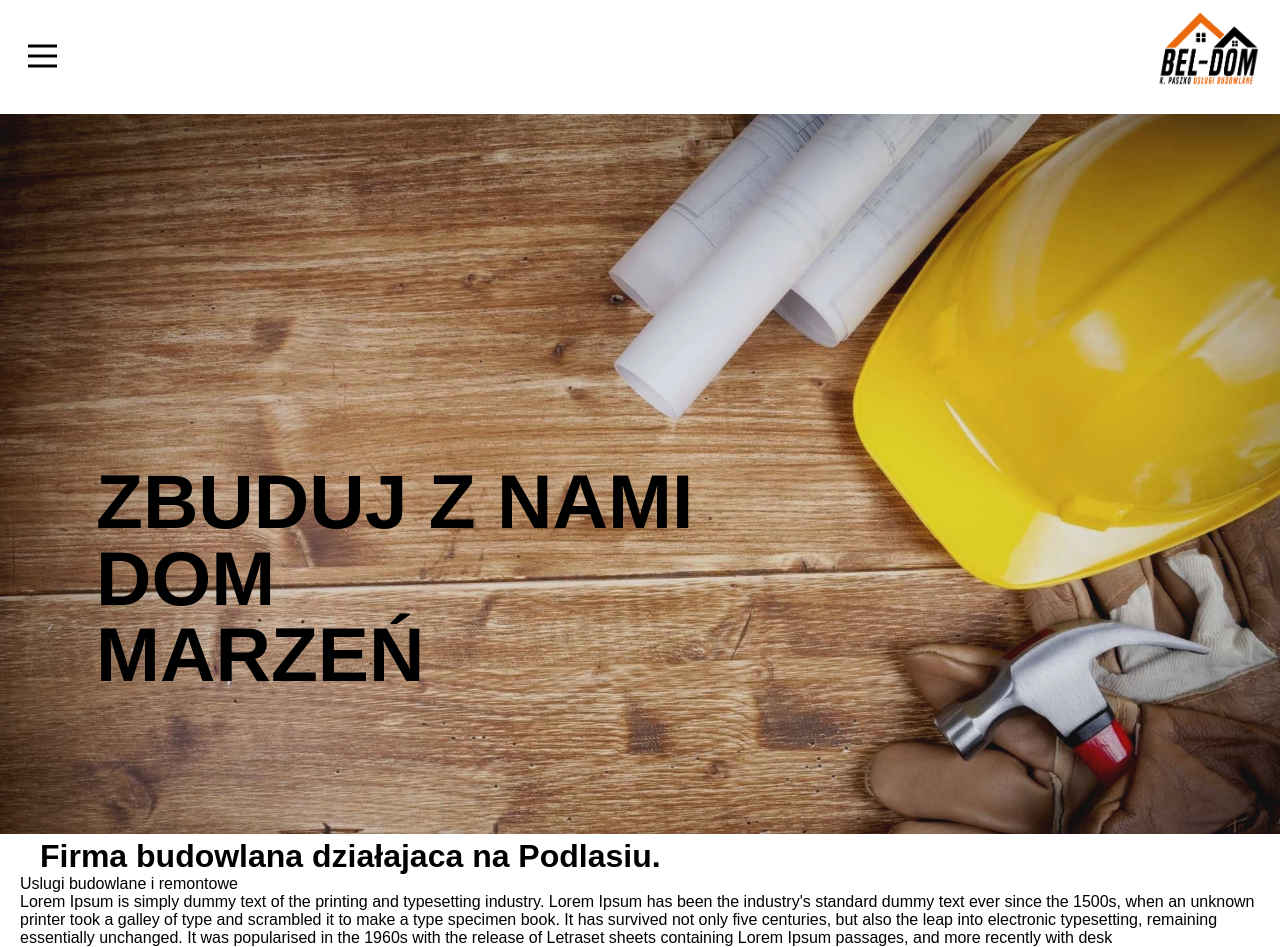
Repository: JakubPaszko2001/bel
Page: index.html
These files come from the project's save history. The page is drawn as it stood at one moment and after the next save; the edit follows.
The browser window is 1280 px wide. The pictures show the whole page.
Some web fonts or font styles are not loaded; a fallback is used.

Above is the page before, as saved 2022-01-03 23:14:34.

### index.html
<!DOCTYPE html>
<html lang="pl-PL">
<head>
    <meta charset="UTF-8">
    <meta http-equiv="X-UA-Compatible" content="IE=edge">
    <meta name="viewport" content="width=device-width, initial-scale=1.0">
    <title>BEL-DOM</title>
    <link rel="preconnect" href="https://fonts.googleapis.com">
    <link rel="preconnect" href="https://fonts.gstatic.com" crossorigin>
    <link href="https://fonts.googleapis.com/css2?family=Prompt:wght@300;400;700&display=swap" rel="stylesheet">
    <link rel="stylesheet" href="style.css">
</head>
<body>
<!-- HEADER -->
<header>
    <div class="container">
        <!-- SPAN -->
        <button class="hamburger">
            <span class="hamburger__menu">
                <span class="hamburger__inner"></span>
            </span>
        </button>
        <!-- LOGO -->
        <div class="header__logo">
            <img class="logo__pic" src="./images/logo.png" alt="logo">
        </div>
    </div>
</header>
<!-- MAIN -->
<main>
    <!-- NAV -->
    <div class="navigation">
        <ul class="navigation__list">
            <li class="navigation__item"><a href="#">jeden</a></li>
            <li class="navigation__item"><a href="#">dwa</a></li>
            <li class="navigation__item"><a href="#">trzy</a></li>
            <li class="navigation__item"><a href="#">cztery</a></li>
        </ul>
    </div>
    <!-- MAIN CONTAINER -->
    <div class="main__container">
        <div class="background__pic">
            <img src="./images/tlo1.png" alt="background">
        </div>
    <!-- TEXT ON IMG -->
    <h1 class="text">ZBUDUJ Z NAMI <br>DOM <br> MARZEŃ</h1>
    </div>
    <!-- TEXT -->
    <div class="main__text">
        <h1 class="main__text-h1">Firma budowlana działajaca na Podlasiu.</h1>
        <h3 class="main__text-h3">Uslugi budowlane i remontowe</h3>
        <h4 class="main__text-h4">Lorem Ipsum is simply dummy text of the printing and typesetting industry. Lorem Ipsum has been the industry's standard dummy text ever since the 1500s, when an unknown printer took a galley of type and scrambled it to make a type specimen book. It has survived not only five centuries, but also the leap into electronic typesetting, remaining essentially unchanged. It was popularised in the 1960s with the release of Letraset sheets containing Lorem Ipsum passages, and more recently with desk</h4>
    </div>
</main>
<script src="./js/script.js" type="text/javascript"></script>
</body>
</html>

### style.css
:root {
    /* WEIGHT */
    --ww-bold: 700;
    --ww-normal: 400;
    --ww-small: 300;
    /* COLORS */
    --color-orange: #EB680D;
    --color-black: #000000;
    /* SPACING */
    --margin: 1.25em;
    /* FONT SIZE */
    --fs-12: 0.75em;
    --fs-10: 0. 625em;

}
* {
    margin: 0;
    padding: 0;
    box-sizing: border-box;
    font-family: 'Prompt', sans-serif;}
img {
    width: 100%;
    object-fit: cover;
}
.logo__pic {
    width: 6.875em;
    height: 6.875em;
}
.container {
    display: flex;
    margin: 0 var(--margin);
    justify-content: space-between;
    align-items: center;
}
.hamburger {
    padding: 0.625em;
    display: inline-block;
    cursor: pointer;
    background: transparent;
    border: 0;
    margin: 0;
}
.hamburger__menu  {
    width: 2.1875em;
    height: var(--margin);
    display: inline-block;
    position: relative;
}
.hamburger__inner {
    z-index: 999;
    width: 100%;
    height: 3px;
    background-color: black;
    position: absolute;
    left: 0;
    top: 50%;
    transform: translateY(-50%);
    transition: background-color 0.1s 0.2s ease-in-out;
}
.hamburger__inner::before,
.hamburger__inner::after {
    content: '';
    width: 100%;
    height: 3px;
    background-color: var(--color-black);
    position: absolute;
    left: 0;
    transition: transform 0.2s 0.2s ease-in-out;

}
.hamburger__inner::before {
    /* transform: translateY(-10px); */
    top: -10px;
}
.hamburger__inner::after {
    /* transform: translateY(10px); */
    top: 10px;
}
.hamburger--active .hamburger__inner {
    background-color: transparent;
}
.hamburger--active .hamburger__inner::before {
    transform: translateY(10px) rotate(45deg);
    background-color: var(--color-orange);
}
.hamburger--active .hamburger__inner::after {
    transform: translateY(-10px) rotate(-45deg);
    background-color: var(--color-orange);
}
.navigation {
    position: absolute;
    top: 0;
    left: 0;
    width: 10.9375em;
    height: 100vh;
    background-color: var(--color-black);
    display: flex;
    flex-direction: column;
    align-items: center;
    transform: translateX(-200px);
    transition: transform 0.3s 0.1s ease-in-out;
    z-index: 100;
}
.navigation--active {
    transform: translateX(0px);
}
.navigation__list {
    list-style: none;
}
.navigation__item {
    margin-bottom: 2.5em;
}
li:first-child {
    margin-top: 9.375em;
}
a {
    text-decoration: none;
    color: var(--color-orange);
    font-size: var(--margin);
}
.main__container {
    position: relative;
    z-index: 1;
}
.text {
    position: absolute;
    bottom: 20%;
    left: var(--margin);
    /* border: springgreen solid; */
    line-height: 1em;
    font-size: 6vw;
    font-weight: var(--ww-bold);
}
.main__text-h1 {
    mar
    font-size: var(--fs-12);
    font-weight: var(--ww-bold);
    margin: 0 var(--margin);

}
.main__text-h3 {
    font-size: var(--fs-10);
    font-weight: var(--ww-normal);
    margin: 0 var(--margin);
}
.main__text-h4 {
    font-size: var(--fs-10);
    font-weight: var(--ww-normal);
    margin: 0 var(--margin);

}

### js/script.js
const hamburger = document.querySelector('.hamburger');
const Click = () => {
    hamburger.classList.toggle('hamburger--active');
}
hamburger.addEventListener('click',Click);

After the next save:
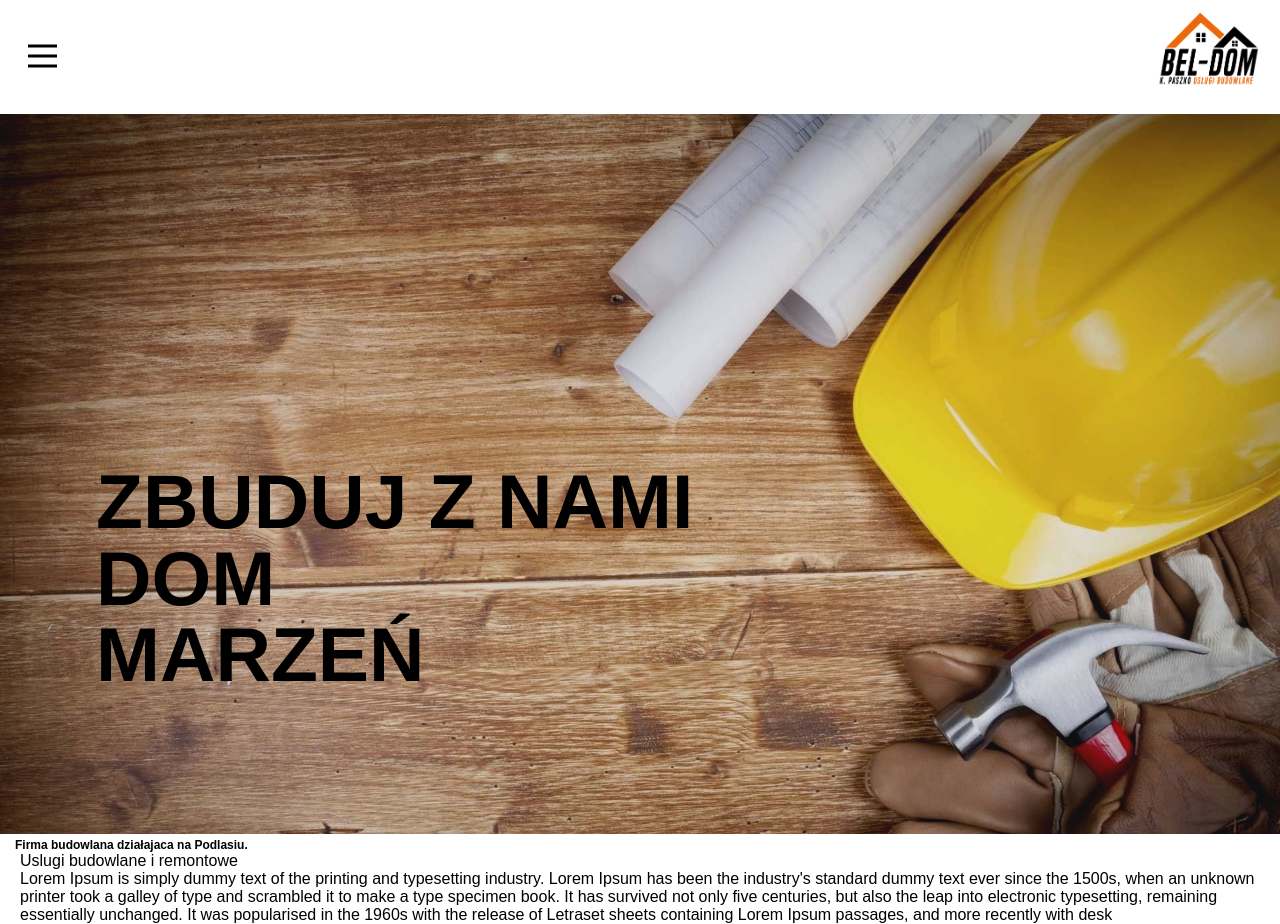
Saved 9 s later.
--- a/style.css
+++ b/style.css
@@ -132,7 +132,6 @@
     font-weight: var(--ww-bold);
 }
 .main__text-h1 {
-    mar
     font-size: var(--fs-12);
     font-weight: var(--ww-bold);
     margin: 0 var(--margin);
